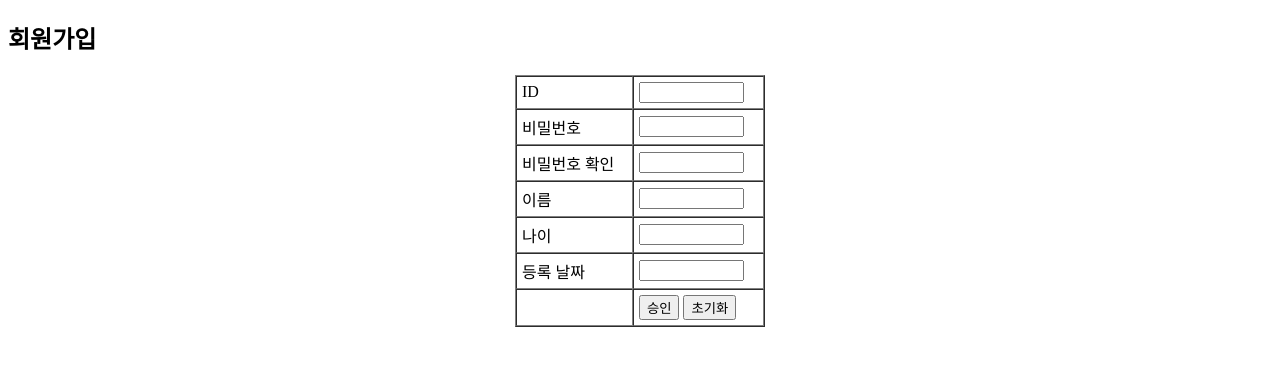
Repository: lmcoa15/Movie
Page: http://localhost/movie/user/user_membership.jsp
The author's editor kept a copy of each file at every save. The page is drawn from the files as they stood at one save, then again after the next save.
The browser window is 1280 px wide. The pictures show the whole page.
The page is served by Tomcat 9.

Above is the page before, as saved 2015-12-08 09:57:10.

After the next save:
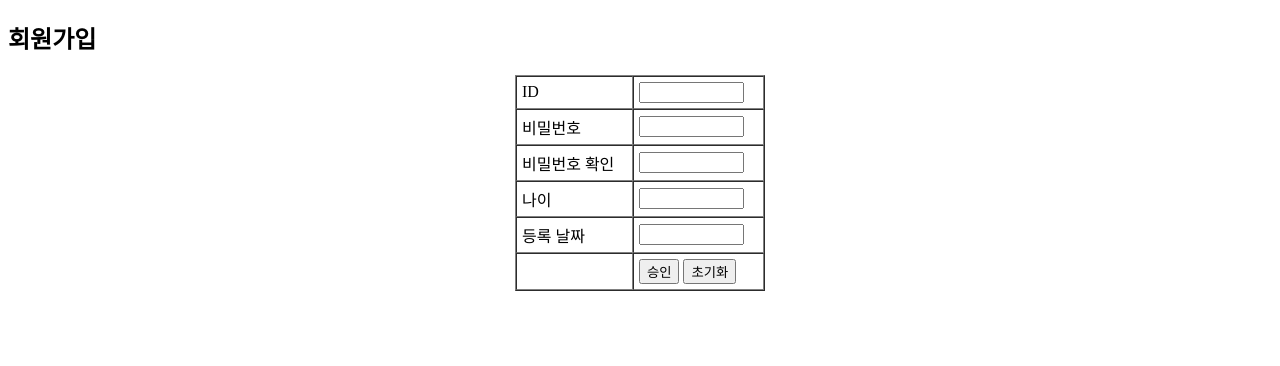
Saved 12 min 28 s later.
--- a/workspace/movie/WebContent/user/user_membership.jsp
+++ b/workspace/movie/WebContent/user/user_membership.jsp
@@ -15,7 +15,7 @@
 
 	<tr>
 		<td>ID</td>
-		<td><input type="text" name="id_mem" size=10></td>
+		<td><input type="text" name="name_mem" size=10></td>
 	</tr>
 
 	<tr>
@@ -26,11 +26,6 @@
 	<tr>
 		<td>비밀번호 확인</td>
 		<td><input type="password" name="password_confirm" size=10></td>
-	</tr>
-
-	<tr>
-		<td>이름</td>
-		<td><input type="text" name="name_mem" size=10></td>
 	</tr>
 
 	<tr>
